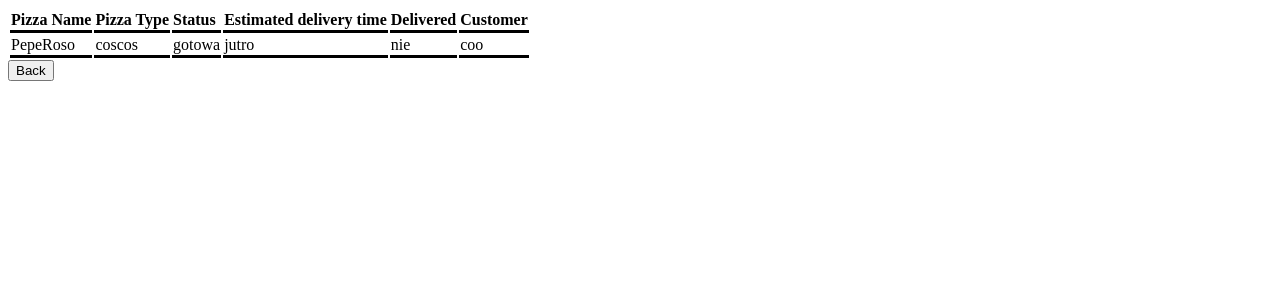
Repository: wisni4k/html-trainee
Page: testWeb/WebContent/OrdersList.html
An editor plug-in stored every save of this project. The page is shown before and after the next save, followed by the edit.
The browser window is 1280 px wide. The pictures show the whole page.

Above is the page before, as saved 2015-07-10 13:15:49.

After the next save:
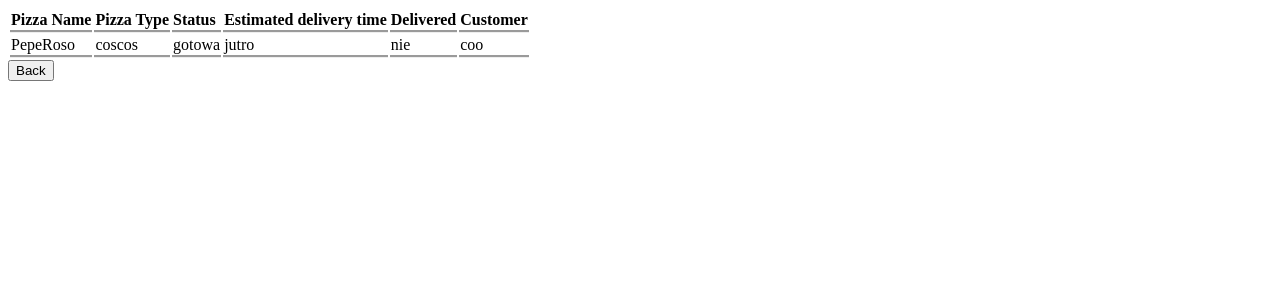
Saved 24 s later.
--- a/testWeb/WebContent/TableStyle.css
+++ b/testWeb/WebContent/TableStyle.css
@@ -4,5 +4,5 @@ table td{
 	border-collapse: collapse;
 	margin-left: auto;
 	margin-right: auto;
-	border-bottom-style: solid;
+	border-bottom-style: groove;
 }
